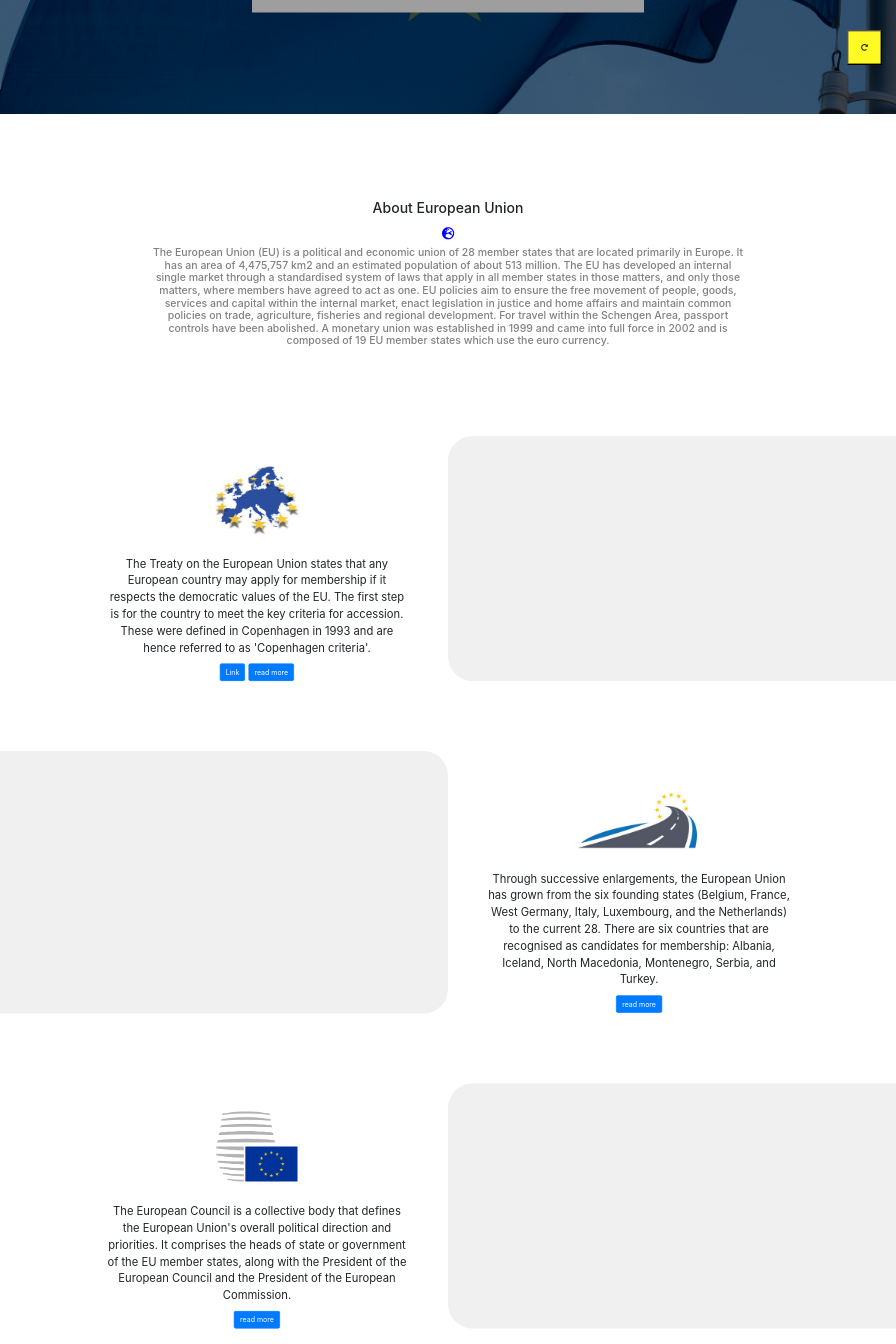
Repository: pjachimowski/renewable
Page: index.html
The author's editor kept a record of every edit. The page is drawn from the files as they stood at one moment, then again after the next edit.
The browser window is 1280 px wide. The pictures show the part of the page from y = 607 to 2527 px (the page is 3207 px tall), at 70% of full size.
Pictures or frames that could not be fetched are drawn as grey boxes. Backgrounds fixed to the window are drawn as part of the page. Some web fonts or font styles are not loaded; a fallback is used. Some web libraries are served in a nearby version.

Above is the page before.
Console error: SyntaxError: Unexpected number

After the next edit:
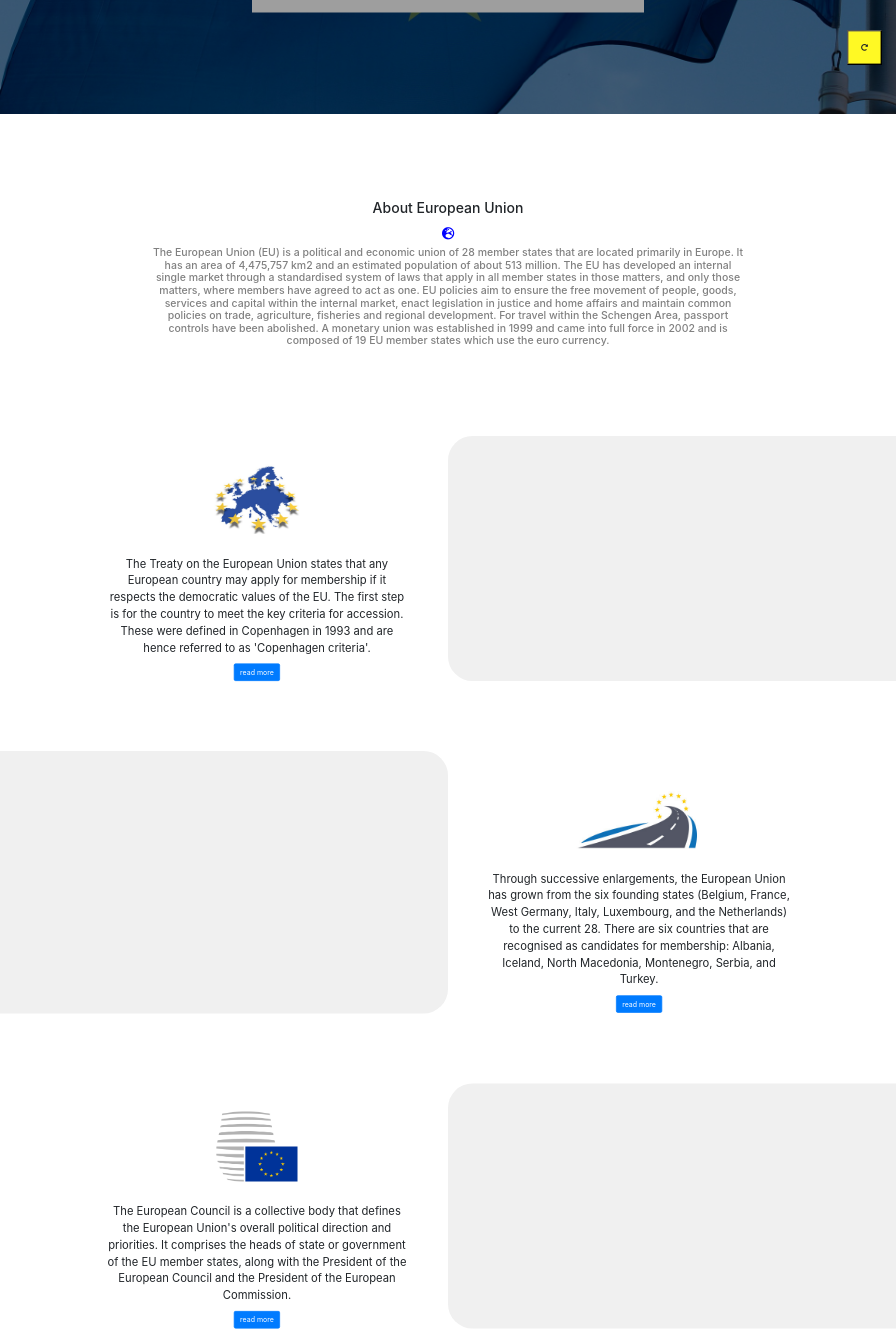
The edit:
--- a/index.html
+++ b/index.html
@@ -97,8 +97,7 @@
                     <p></p>The Treaty on the European Union states that any European country may apply for membership if it respects the democratic values of the EU. The first step is for the country to meet the key criteria for accession. These were defined
                     in Copenhagen in 1993 and are hence referred to as 'Copenhagen criteria'.
                     </p>
-                    <a class="btn btn-primary" href="" role="button">Link</a>
-                    <button type="button" class="btn btn-primary">read more</button>
+                    <a class="btn btn-primary" href="2.html" role="button">read more</a>
                 </div>
             </div>
             <div class="col-6 card-styling">
